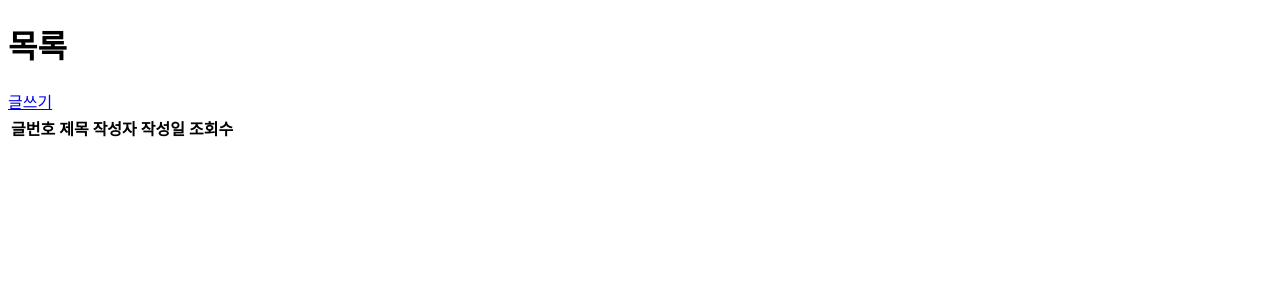
Repository: sanghshlsh/workspace_jsp
Page: http://localhost/TestBoard/list.jsp
These files come from the project's save history. The page is drawn as it stood at one moment and after the next save; the edit follows.
The browser window is 1280 px wide. The pictures show the whole page.
The page is served by Tomcat 9.

Above is the page before, as saved 2020-06-08 08:18:19.

After the next save:
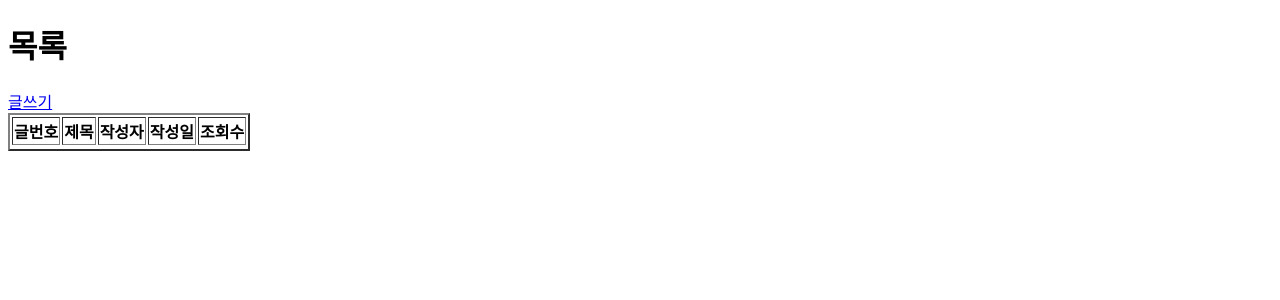
Saved 4 s later.
--- a/TestBoard/WebContent/list.jsp
+++ b/TestBoard/WebContent/list.jsp
@@ -14,7 +14,7 @@
 <h1>목록</h1>
 <a href="insertui.do">글쓰기
 </a>
-<table border="0.5">
+<table border="2">
 <thead>
 <tr>
 <th>글번호</th>
